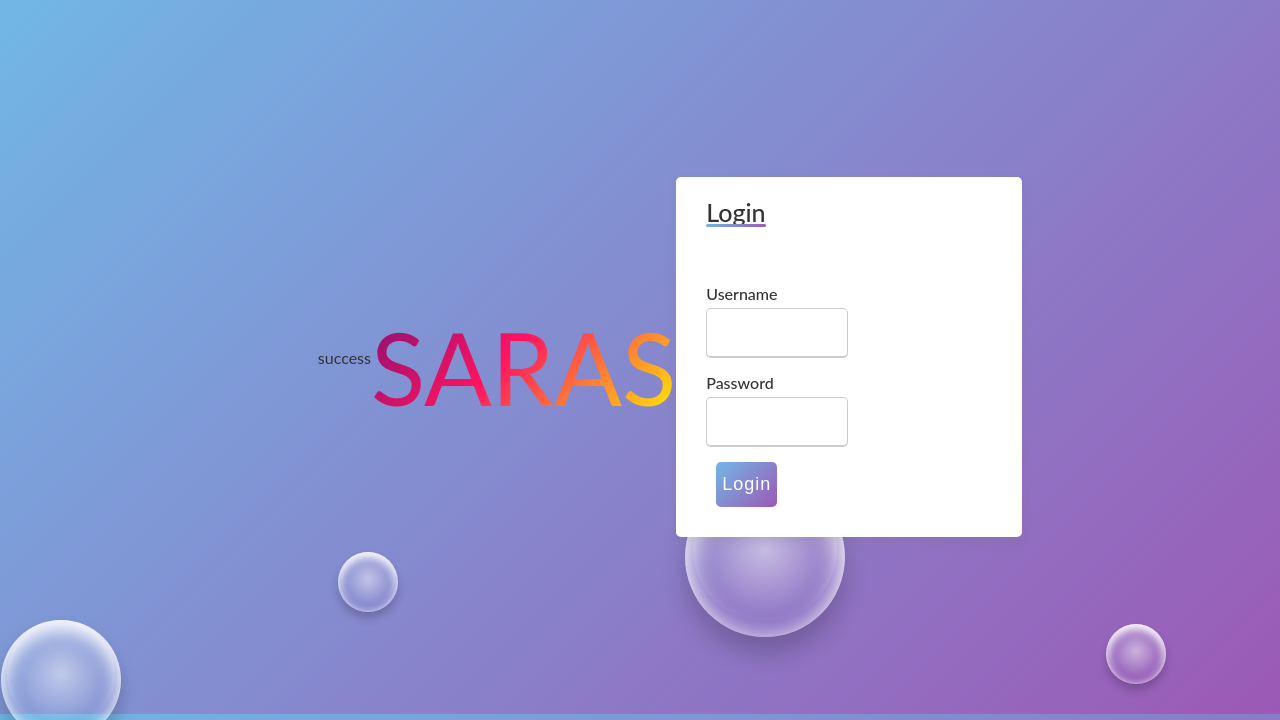
Repository: Muskan-Varma/InnoHeart
Page: http://localhost/pages/login.php
An editor plug-in stored every save of this project. The page is shown before and after the next save, followed by the edit.
The browser window is 1280 px wide. The pictures show the whole page.
The page is run by PHP 8.4 with error messages shown; the project is at /var/www/html/.

Above is the page before, as saved 2024-09-21 16:07:58.

After the next save:
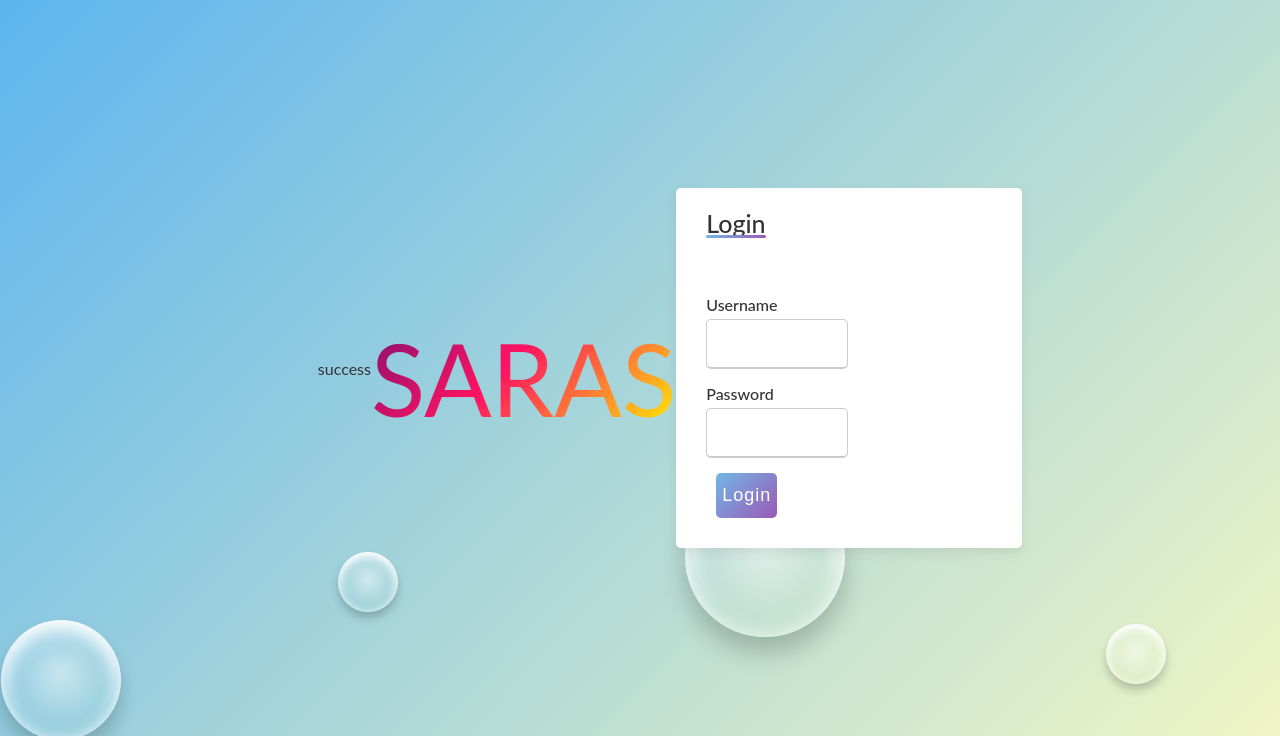
Saved 7 s later.
--- a/css/LR.css
+++ b/css/LR.css
@@ -9,11 +9,7 @@ body {
     align-items: center;
     padding: 10px;
 }
-body{
-    height: 97vh;
-
-    background: linear-gradient(135deg, #71b7e6, #9b59b6);
-  }
+
 .animate-charcter
 {
     background-image: linear-gradient(-225deg,#231557 0%,#44107a 29%,#ff1361 67%,#fff800 100%);
